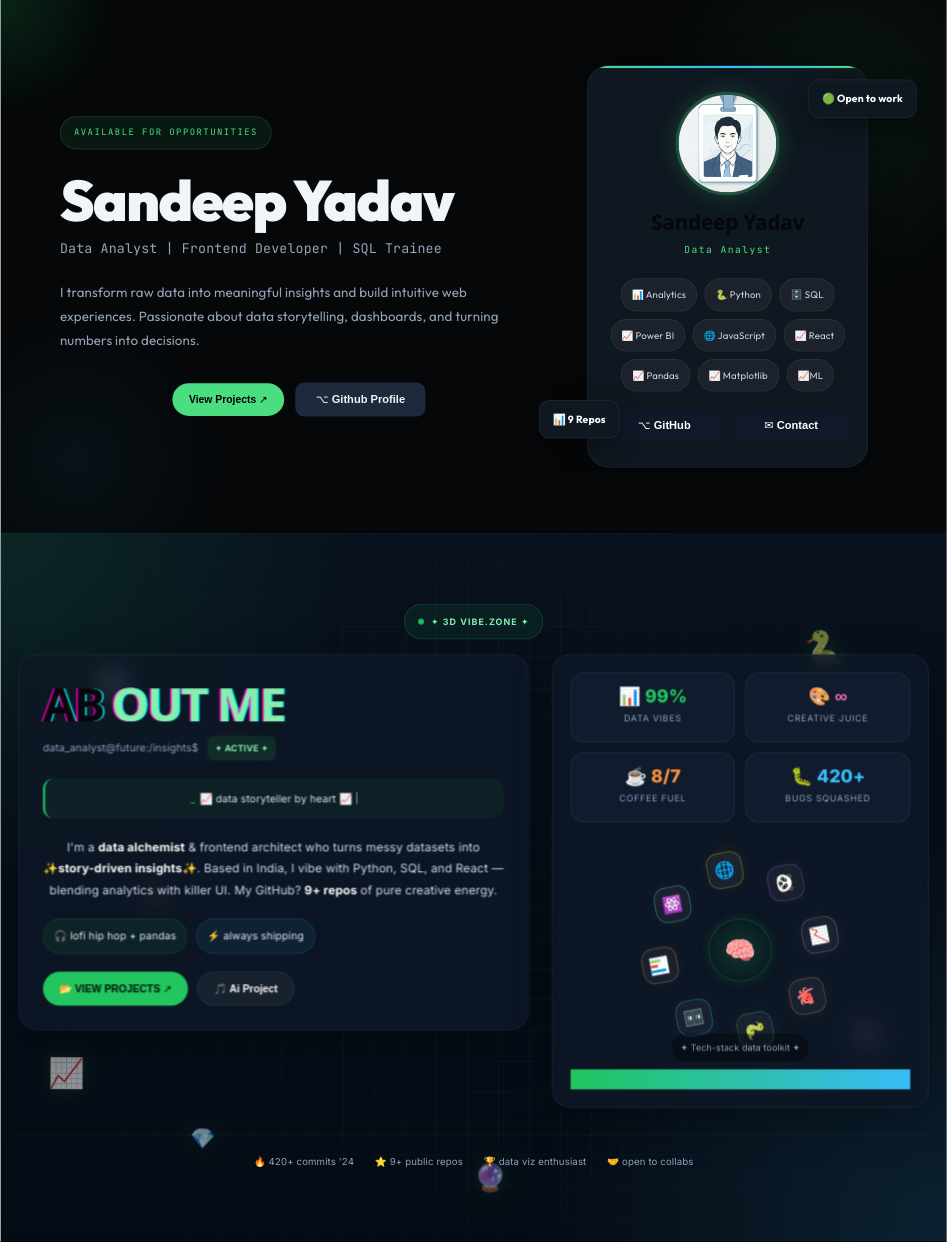
Repository: SandeepYadav18717/sandeepyadav
Page: / (app in Datanaltics_ portfolio/)
An editor plug-in stored every save of this project. The page is shown before and after the next save, followed by the edit.
The browser window is 1280 px wide. The pictures show the whole page, at 74% of full size.
The project was rebuilt for these pictures with package versions that can differ from the ones it lists, and the page was loaded fresh each time. Also part of the build but not shown: Datanaltics_ portfolio/vite.config.js, Datanaltics_ portfolio/src/App.css.

Above is the page before, as saved 2026-05-23 08:28:00.

After the next save:
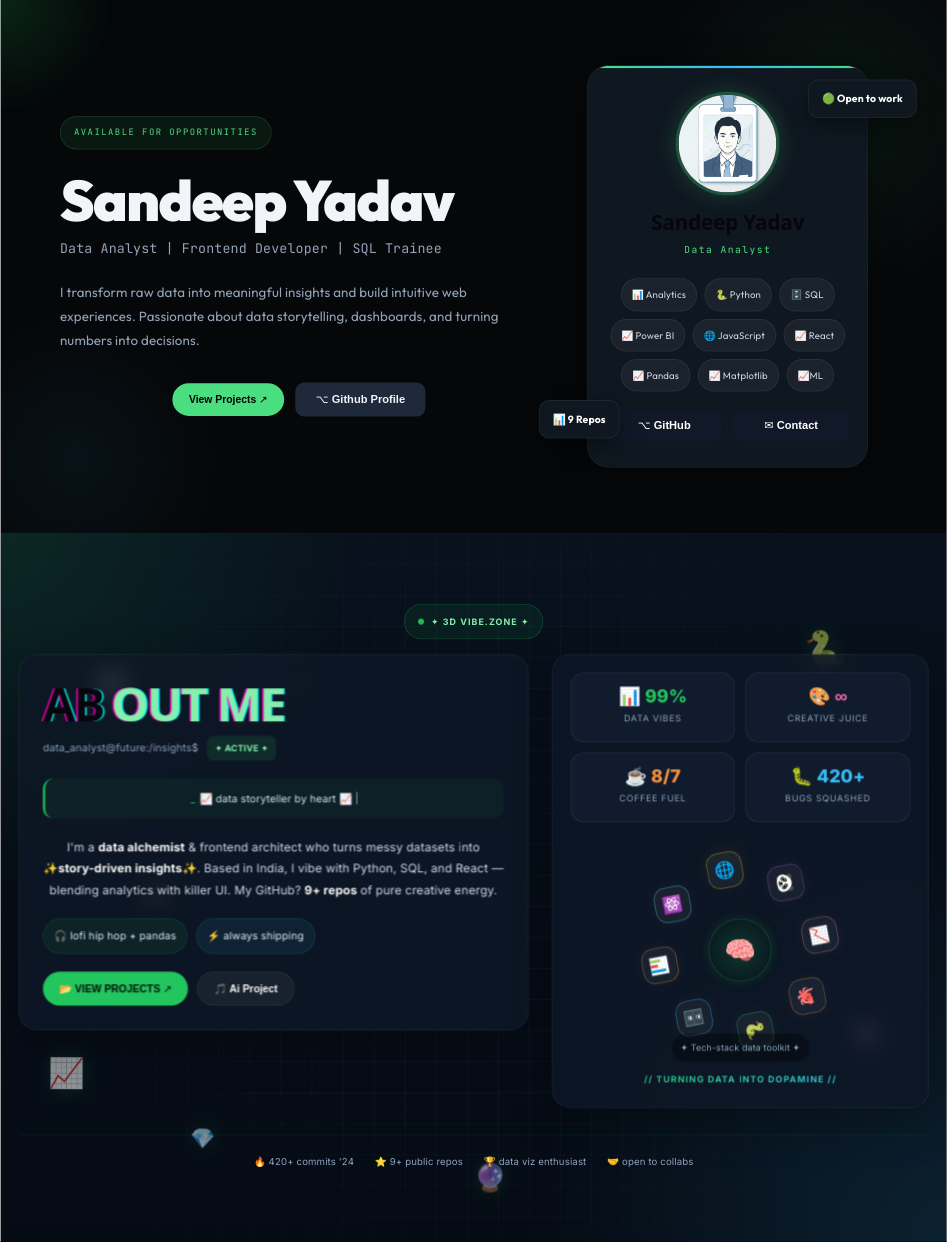
Saved 42 s later.
--- a/Datanaltics_ portfolio/src/Css/About.css
+++ b/Datanaltics_ portfolio/src/Css/About.css
@@ -370,7 +370,7 @@
   font-weight: 700;
   letter-spacing: 0.12em;
   background: linear-gradient(90deg, var(--green), var(--blue));
-
+  -webkit-background-clip: text;
   -webkit-text-fill-color: transparent;
 }
 

After the save that followed:
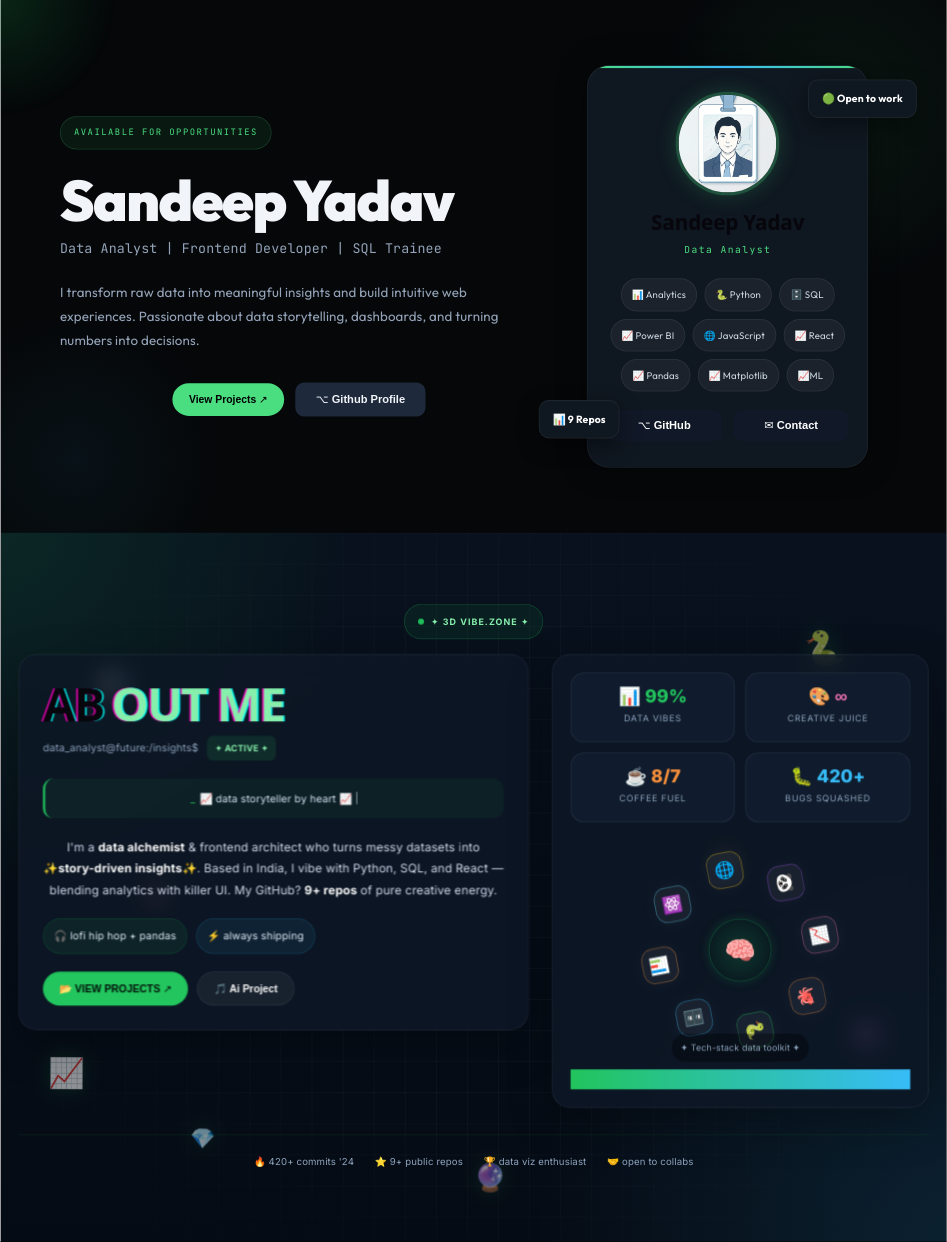
Saved 41 s later.
--- a/Datanaltics_ portfolio/src/Css/About.css
+++ b/Datanaltics_ portfolio/src/Css/About.css
@@ -370,7 +370,7 @@
   font-weight: 700;
   letter-spacing: 0.12em;
   background: linear-gradient(90deg, var(--green), var(--blue));
-  -webkit-background-clip: text;
+
   -webkit-text-fill-color: transparent;
 }
 
